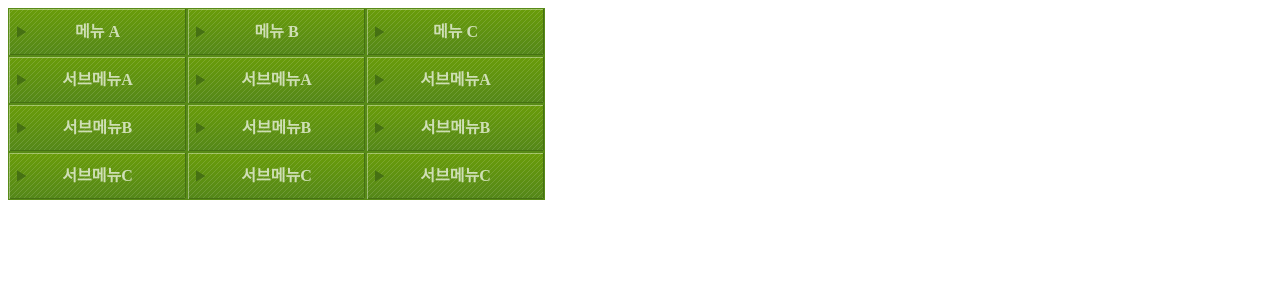
Repository: chaejunho689/bitcamp
Page: jQuery/src/main/webapp/06_jQueryDOM/exam03.html
The author's editor kept a copy of each file at every save. The page is drawn from the files as they stood at one save, then again after a run of saves.
The browser window is 1280 px wide. The pictures show the whole page.

Above is the page before, as saved 2024-08-26 05:14:47.

After the next 3 saves:
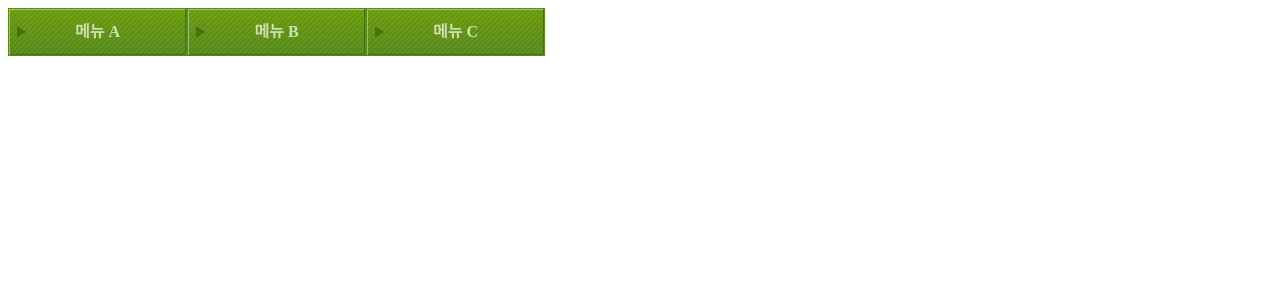
The 3 saves are shown as one change because they came seconds apart.
The last was saved 47 s later.
--- a/jQuery/src/main/webapp/06_jQueryDOM/exam03.html
+++ b/jQuery/src/main/webapp/06_jQueryDOM/exam03.html
@@ -85,7 +85,7 @@
 <script type="text/javascript" src="http://code.jquery.com/jquery-3.7.1.min.js"></script>
 <script type="text/javascript">
 $(function() {
-	$('#sub').css('display','none')
+	$('.sub').css('display','none')
 });
 </script>
 </body>
